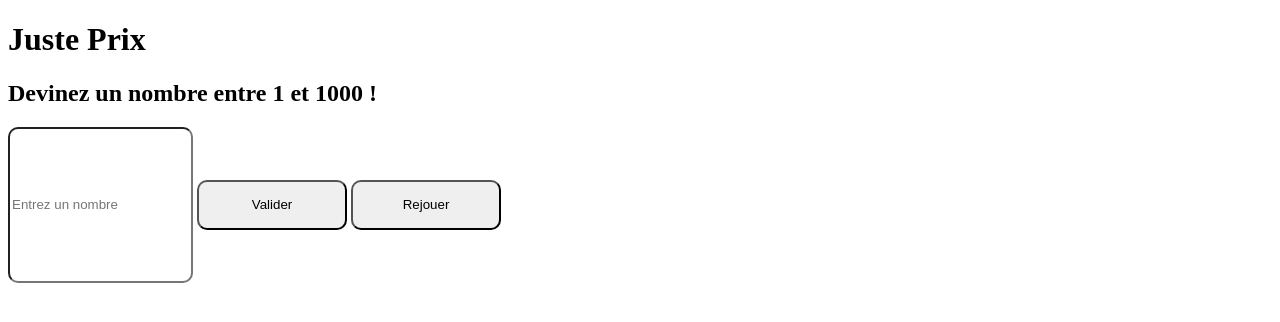
Repository: Coumba25040/coumbaProjet
Page: coursDom/justePrix.html
An editor plug-in stored every save of this project. The page is shown before and after the next save, followed by the edit.
The browser window is 1280 px wide. The pictures show the whole page.

Above is the page before, as saved 2025-06-04 17:55:11.

After the next save:
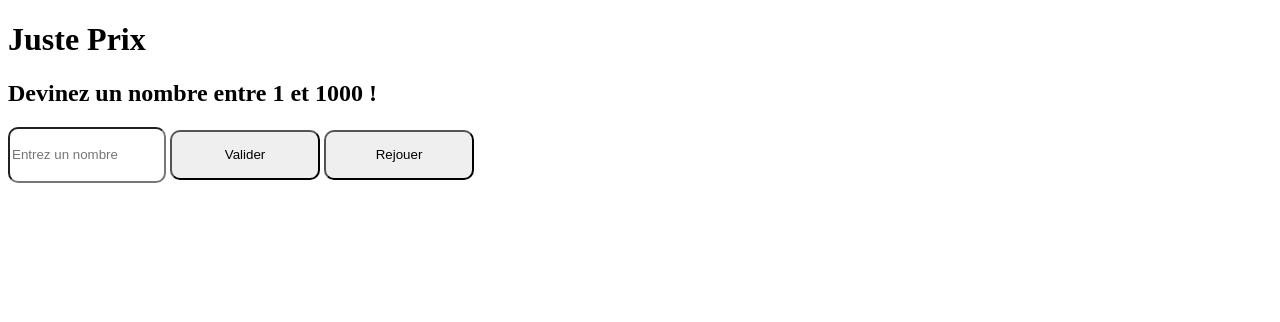
Saved 31 s later.
--- a/coursDom/justePrix.css
+++ b/coursDom/justePrix.css
@@ -2,7 +2,8 @@ body{
     flex-direction: column;
 }
 input{
-    height: 150px;
+    height: 50px;
+    width: 150px;
     border-radius: 10px;
 }
 button{
